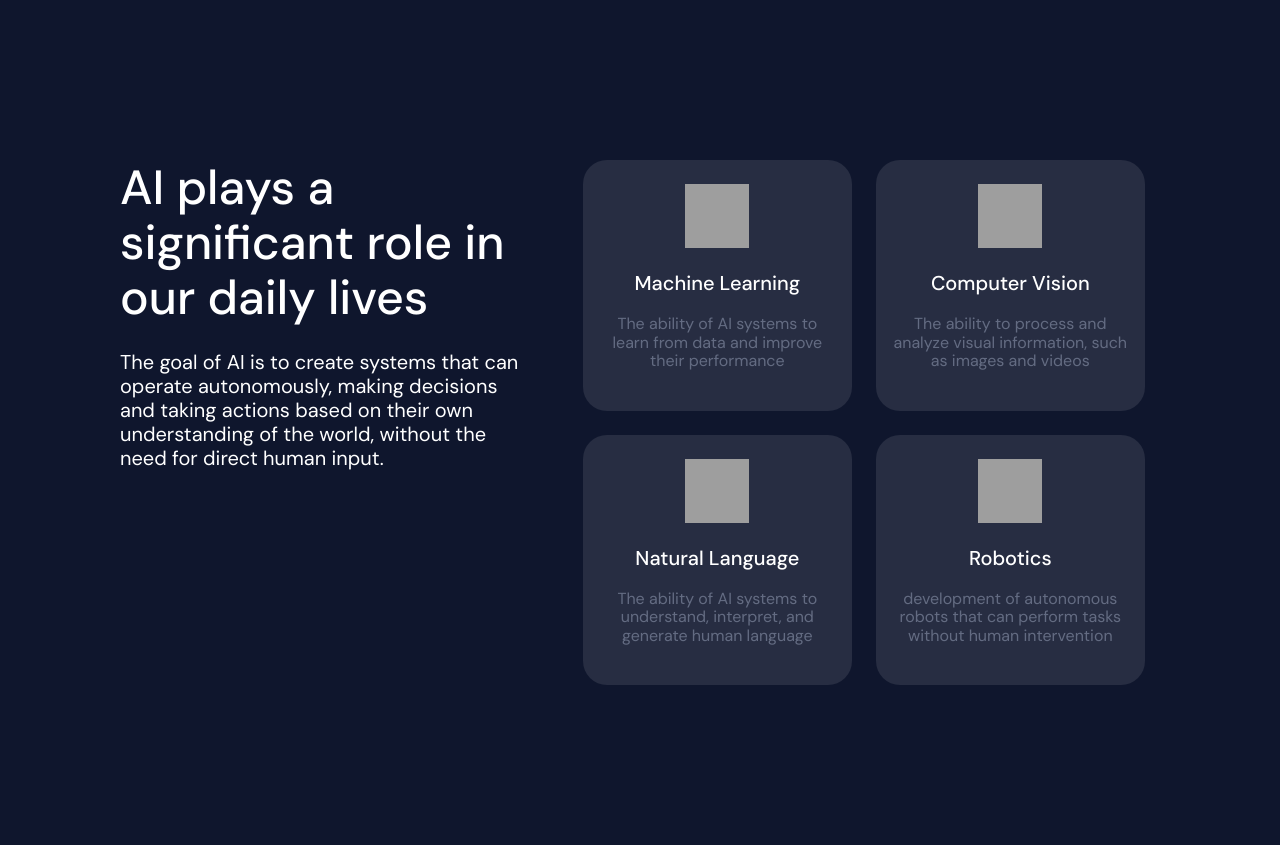
Repository: guli95/four-areas-of-AI-INVO-ACAdemy
Page: /
An editor plug-in stored every save of this project. The page is shown before and after the next save, followed by the edit.
The browser window is 1280 px wide. The pictures show the whole page.
Pictures or frames that could not be fetched are drawn as grey boxes. The project was rebuilt for these pictures with package versions that can differ from the ones it lists, and the page was loaded fresh each time.

Above is the page before, as saved 2023-03-13 14:43:34.

After the next save:
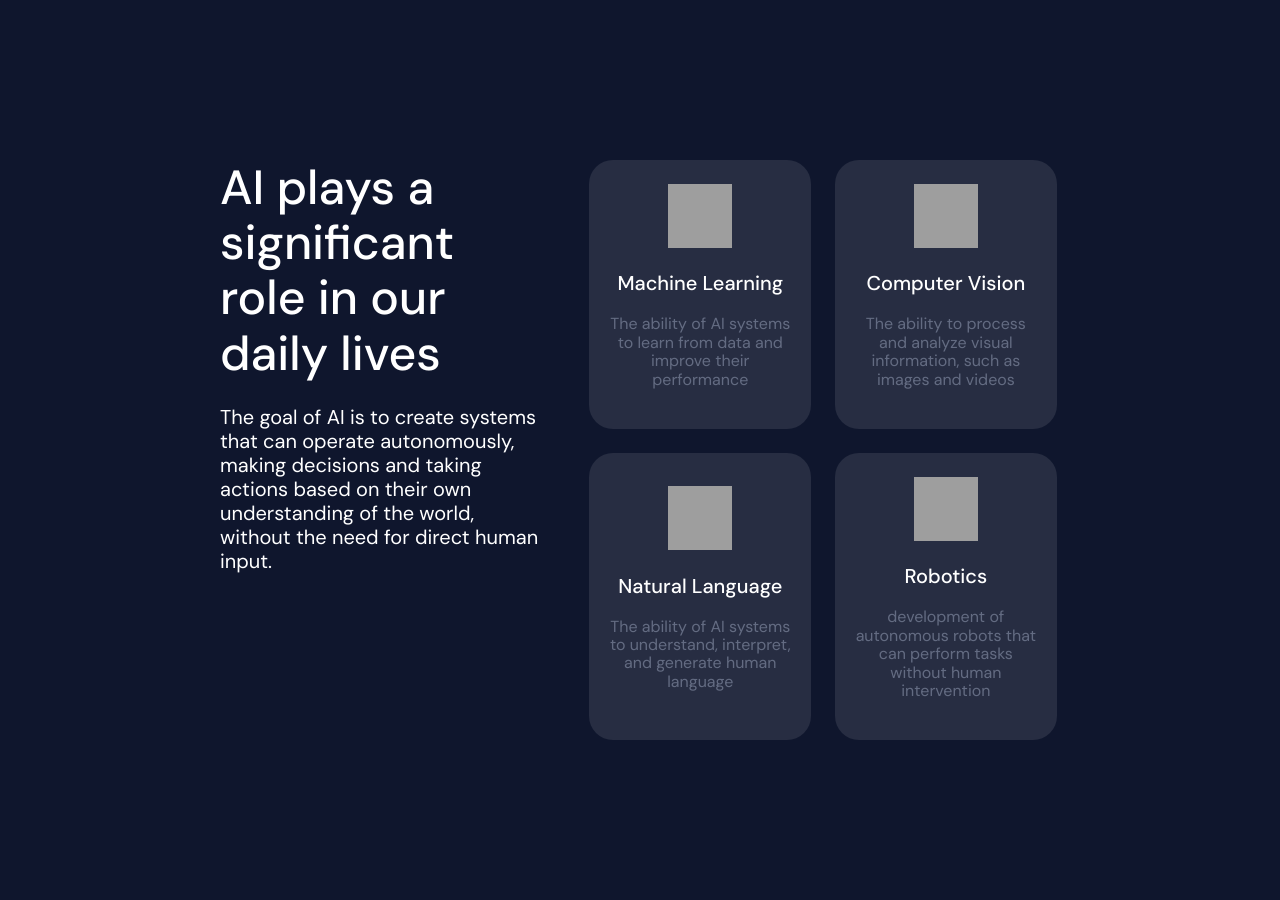
Saved 4 s later.
--- a/src/pages/home-page/styles/home-page.scss
+++ b/src/pages/home-page/styles/home-page.scss
@@ -10,7 +10,7 @@
  .flexbox-container{
     display: flex;
     justify-content: center;
-    padding: 160px 120px;
+    padding: 160px 220px;
     gap: 40px;
     margin: 0 auto;
     @media screen and (max-width:1024px) {
